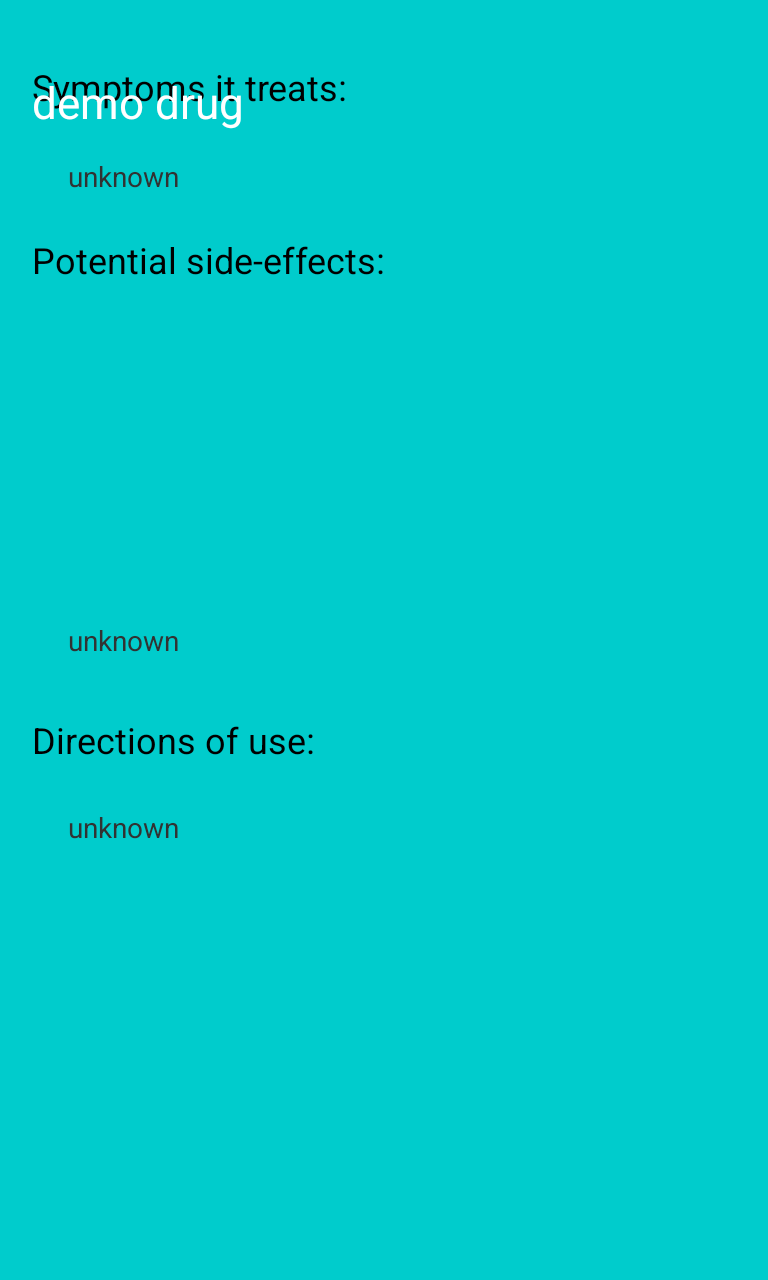
Repository: rosingrr/EECE-Andriod-APP-SympMeds
Layout: app/SympMeds/res/layout/activity_drug_info.xml
The author's editor kept a copy of each file at every save. The layout is drawn from the files as they stood at one save, then again after the next save.
It is drawn on a 768 x 1280 px phone screen (xhdpi) without system bars, with theme AppTheme; the app's code is not run.

Above is the layout before, as saved 2013-07-18 14:08:00.

### app/SympMeds/res/layout/activity_drug_info.xml
<RelativeLayout xmlns:android="http://schemas.android.com/apk/res/android"
    xmlns:tools="http://schemas.android.com/tools"
    android:layout_width="match_parent"
    android:layout_height="match_parent"
    android:background="@color/color3"
    android:paddingBottom="@dimen/activity_vertical_margin"
    android:paddingLeft="@dimen/activity_horizontal_margin"
    android:paddingRight="@dimen/activity_horizontal_margin"
    android:paddingTop="@dimen/activity_vertical_margin"
    tools:context=".DrugInfo" >

    <TextView
        android:id="@+id/textView6"
        android:layout_width="wrap_content"
        android:layout_height="wrap_content"
        android:layout_alignParentLeft="true"
        android:layout_below="@+id/textView5"
        android:layout_marginTop="28dp"
        android:text="@string/how_to"
        android:textAppearance="?android:attr/textAppearanceMedium" />

    <TextView
        android:id="@+id/textView2"
        android:layout_width="wrap_content"
        android:layout_height="wrap_content"
        android:layout_alignParentLeft="true"
        android:layout_below="@+id/textView1"
        android:layout_marginTop="15dp"
        android:text="@string/treats"
        android:textAppearance="?android:attr/textAppearanceMedium" />

    <TextView
        android:id="@+id/textView4"
        android:layout_width="wrap_content"
        android:layout_height="wrap_content"
        android:layout_alignLeft="@+id/textView2"
        android:layout_below="@+id/textView3"
        android:layout_marginTop="20dp"
        android:text="@string/problems"
        android:textAppearance="?android:attr/textAppearanceMedium" />

    <TextView
        android:id="@+id/textView3"
        android:layout_width="wrap_content"
        android:layout_height="wrap_content"
        android:layout_alignLeft="@+id/textView4"
        android:layout_below="@+id/textView2"
        android:layout_marginLeft="18dp"
        android:layout_marginTop="23dp"
        android:text="@string/unknown"
        android:textAppearance="?android:attr/textAppearanceSmall" />

    <TextView
        android:id="@+id/textView5"
        android:layout_width="wrap_content"
        android:layout_height="wrap_content"
        android:layout_alignLeft="@+id/textView3"
        android:layout_centerVertical="true"
        android:text="@string/unknown"
        android:textAppearance="?android:attr/textAppearanceSmall" />

    <TextView
        android:id="@+id/textView7"
        android:layout_width="wrap_content"
        android:layout_height="wrap_content"
        android:layout_alignLeft="@+id/textView5"
        android:layout_below="@+id/textView6"
        android:layout_marginTop="22dp"
        android:text="@string/unknown"
        android:textAppearance="?android:attr/textAppearanceSmall" />

    <TextView
        android:id="@+id/drugName_textView"
        android:layout_width="wrap_content"
        android:layout_height="wrap_content"
        android:layout_alignLeft="@+id/textView2"
        android:layout_alignParentTop="true"
        android:layout_marginTop="20dp"
        android:text="@string/drug_name"
        android:textAppearance="?android:attr/textAppearanceLarge"
        android:textColor="@color/white" />

</RelativeLayout>

### app/SympMeds/res/values/colors.xml
<?xml version="1.0" encoding="utf-8"?>
<resources>
    <color name="red">#ffff0000</color>
    <color name="green">#ff00ff00</color>
    <color name="blue">#ff0000ff</color>
    <color name="transparent_red">#ffff0000</color>
    <color name="steel_blue">#ff4682B4</color>
    <color name="crimson">#ffdc143c</color>
    <color name="sea_green">#ff2e8b57</color>
    <color name="aqua_marine">#ff7fffd4</color>
    <color name="white">#ffffffff</color>
    <color name="darker_aqua_marine">#ff3f7f6a</color>
    <color name="color1">#ff66cccc</color>
    <color name="color2">#ff33cccc</color>
    <color name="color3">#ff00cccc</color>
</resources>

### app/SympMeds/res/values/strings.xml
<?xml version="1.0" encoding="utf-8"?>
<resources>

    <string name="empty"></string>
    <string name="app_name">SympMeds</string>
    <string name="action_settings">Settings</string>
    <string name="description">This app allows you to search for medication by the symptom you are experiencing.\nThis app is not meant to replace a medical physician. It is only intended to help find non-prescribed medication. If symptom(s) persist/severe, it is suggested to go see a doctor.</string>
    <string name="med_name">enter name of medication</string>
    <string name="search">Search</string>
    <string name="symptom_selector">select the symptom</string>
    <string name="start">Start</string>

    <string-array name="symptom_list">
        <item>fevor</item>
        <item>headache</item>
        <item>coughing</item>
        <item>cold</item>
        <item>flu</item>
    </string-array>
    <string-array name="symptom_description">
        <item>An elevation of body temperature above the normal range of 97.7–99.5 °F (36.5–37.5 °C).</item>
        <item>Pain anywhere in the region of the head or neck.</item>
        <item>Sudden and often repetitively occurring reflex which helps to clear the large breathing passages from secretions, irritants, foreign particles and microbes.</item>
        <item>A viral infectious disease of the upper respiratory tract which affects primarily the nose. Symptoms include coughing, sore throat, runny nose, sneezing, and fever which usually resolve in seven to ten days, with some symptoms lasting up to three weeks.</item>
        <item>Caused by the influenza viruses. The most common symptoms are chills, fever, runny nose, sore throat, muscle pains, headache (often severe), coughing, weakness/fatigue and general discomfort.</item>
    </string-array>

    <string name="title_activity_drug_list">DrugList</string>
    <string name="instructions">Choose the drug from the list to get information on it.</string>
    <string name="get_info">Get Info</string>
    <string name="drug_selector">choose drug</string>

    <string-array name="drug_list">
        <item>demo drug</item>
    </string-array>
    <string-array name="fever_list">
        <item>Advil</item>
    </string-array>
    <string-array name="headache_list">
        <item>Tylenol</item>
    </string-array>
    <string-array name="coughing_list">
        <item>Vicks</item>
    </string-array>
    <string-array name="cold_list">
        <item>Robitussin</item>
    </string-array>
    <string-array name="flu_list">
        <item>Sudafed</item>
    </string-array>

    <string name="title_activity_drug_info">DrugInfo</string>
    <string name="drug_name">demo drug</string>
    <string name="treats">Symptoms it treats:</string>
    <string name="problems">Potential side-effects:</string>
    <string name="how_to">Directions of use:</string>
    <string name="unknown">unknown</string>
    <string name="title_activity_symptom_list">SympList</string>
    <string name="hello_world">Hello world!</string>

</resources>

Loaded but not shown: app/SympMeds/res/values/styles.xml (common file); app/SympMeds/res/values-v11/styles.xml (common file); app/SympMeds/res/values-v14/styles.xml (common file); app/SympMeds/res/values/dimens.xml (common file)

After the next save:
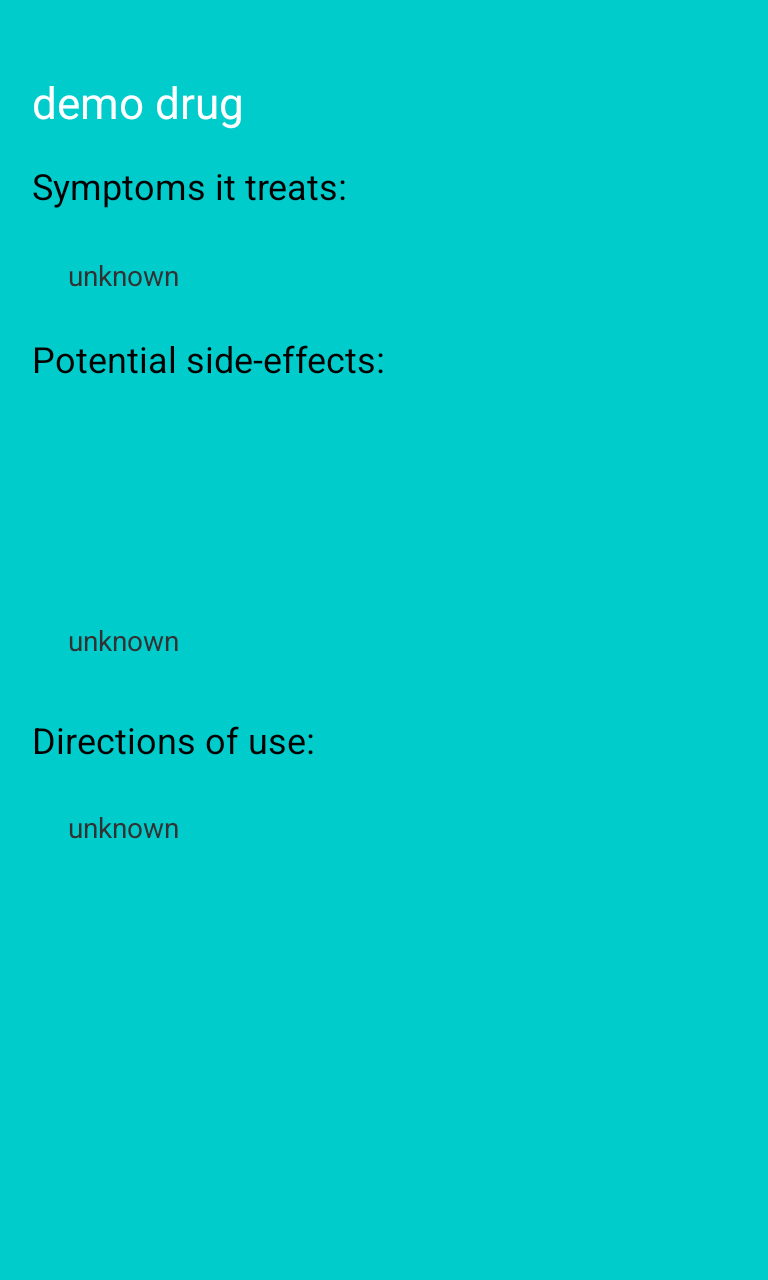
Saved 26 s later.
--- a/app/SympMeds/res/layout/activity_drug_info.xml
+++ b/app/SympMeds/res/layout/activity_drug_info.xml
@@ -24,7 +24,7 @@
         android:layout_width="wrap_content"
         android:layout_height="wrap_content"
         android:layout_alignParentLeft="true"
-        android:layout_below="@+id/textView1"
+        android:layout_below="@+id/drugName_textView"
         android:layout_marginTop="15dp"
         android:text="@string/treats"
         android:textAppearance="?android:attr/textAppearanceMedium" />
